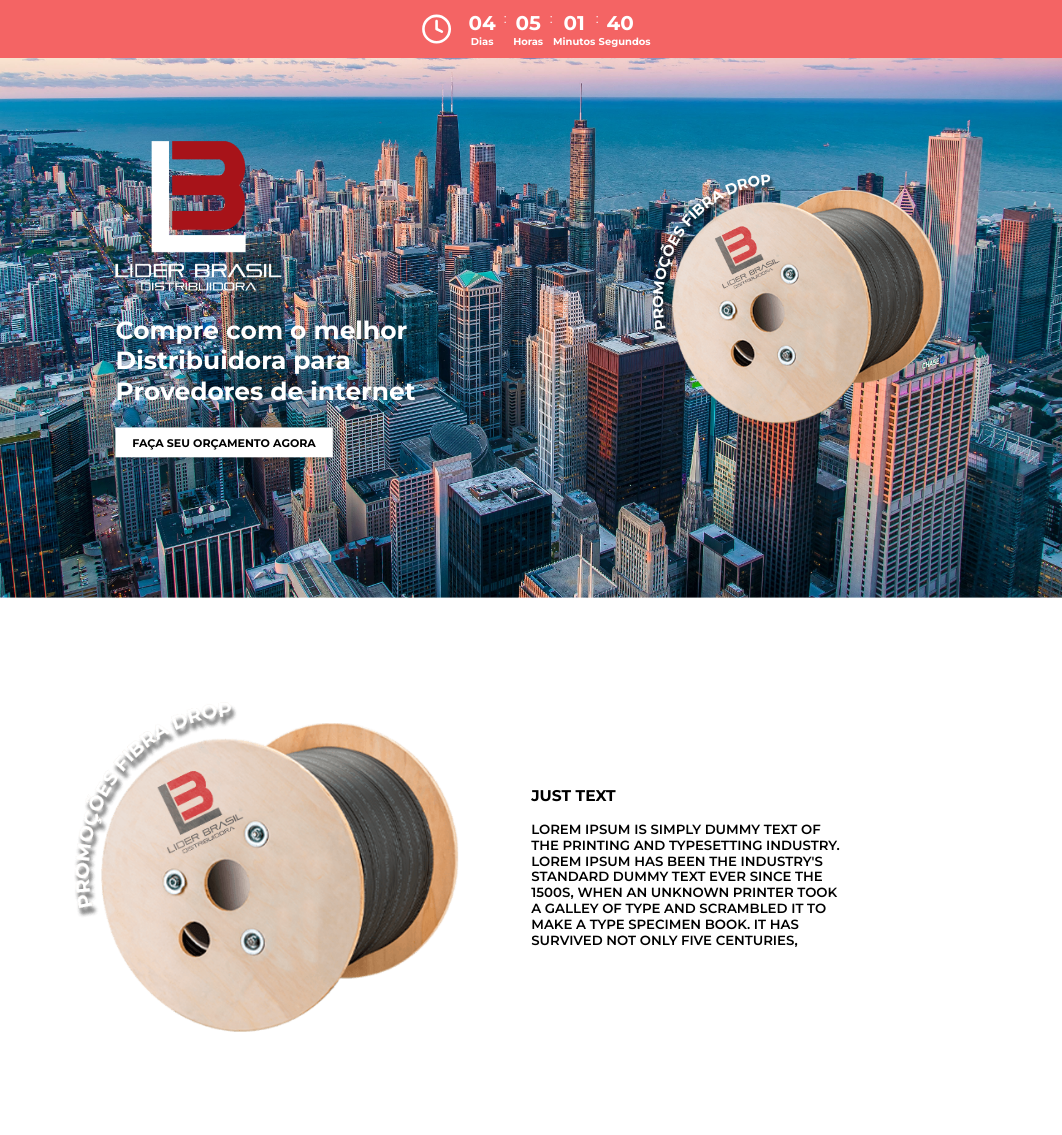
Repository: mateus-henrique-silva/landing_drop
Page: index.html
These files come from the project's save history. The page is drawn as it stood at one moment and after the next save; the edit follows.
The browser window is 1280 px wide. The pictures show the whole page, at 83% of full size.
Backgrounds fixed to the window are drawn as part of the page. Some web fonts or font styles are not loaded; a fallback is used.

Above is the page before, as saved 2022-08-26 13:00:04.

### index.html
<!DOCTYPE html>
<html lang="en">
  <head>
    <meta charset="UTF-8" />
    <meta http-equiv="X-UA-Compatible" content="IE=edge" />
    <meta name="viewport" content="width=device-width, initial-scale=1.0" />
    <link rel="stylesheet" href="./src/CSS/Footer/Styles.css" />
    <link rel="stylesheet" href="./src/CSS/Header/styles.css" />
    <link rel="stylesheet" href="./src/CSS/Main/styles.css" />
    <link rel="stylesheet" href="./src/CSS/Global.css" />
    <link rel="stylesheet" href="./src/CSS/Header/Clock/styles.css" />
    <link rel="stylesheet" href="./src/CSS/Main/cotação/cotacao.css" />
    <title>Drop Líder Brasil</title>
  </head>
  <body>
    <header>
      <img src="./src/Assets/clock.svg" alt="imagem icon" srcset="" />

      <div class="regressive-count">
        <div class="ajust">
          <div id="day">00</div>
          <p style="font-size: 12px">Dias</p>
        </div>
        <span>:</span>
        <div class="ajust">
          <div id="hour">00</div>
          <p style="font-size: 12px; text-align: center">Horas</p>
        </div>
        <span>:</span>
        <div class="ajust">
          <div id="minute">00</div>
          <p style="font-size: 12px">Minutos</p>
        </div>
        <span>:</span>
        <div class="ajust">
          <div id="sec">00</div>
          <p style="font-size: 12px">Segundos</p>
        </div>
      </div>
    </header>
    <main>
      <section class="main">
        <div class="main-first">
          <div class="main-first-two">
            <img src="./src/Assets/logo.png" alt="" class="logo" />
            <div class="text-main">
              <p>Compre com o melhor</p>
              <p>Distribuidora para</p>
              <p>Provedores de internet</p>
            </div>

            <button class="btn-main-first">Faça seu Orçamento Agora</button>
          </div>
        </div>
        <div class="main-second">
          <img src="./src/Assets/lb.png" alt="" class="img-drop" />
        </div>
      </section>

      <section class="icons"></section>
      <section class="cotacao">
        <div class="img-king-cable">
          <img src="./src/Assets/lb.png" alt="" class="king">
        </div>
        <div class="just-text">
          <h3>just text</h3>
          <p>
            Lorem Ipsum is simply dummy text of the printing and typesetting
            industry. Lorem Ipsum has been the industry's standard dummy text
            ever since the 1500s, when an unknown printer took a galley of type
            and scrambled it to make a type specimen book. It has survived not
            only five centuries,
          </p>
        </div>
      </section>
    </main>
    <footer></footer>
    <script src="./src/Script/clock/script.js"></script>
  </body>
</html>

### src/CSS/Footer/Styles.css
footer{
    width: 100%;
}

### src/CSS/Header/styles.css
header{
    width:100%;
    position: fixed;
    background-color: #f46464;
    height:70px;
    display:flex;
    position:fixed;
    align-items:center;
    justify-content:center;
}


header img{
    width:38px;
    height:38x;
}

### src/CSS/Main/styles.css
main {
  width: 100%;
  max-width: 100vw;
}

.main {
  width: 100%;
  height: 100vh;
  display: flex;
  background: url("../../Assets/city.jpg") no-repeat fixed center;
  background-size: cover;
}

.main .main-first {
  display: flex;
  flex-direction: column;
  width: 50vw;
  align-items: center;
  justify-content: center;
  height: 100%;
}

.main .main-first img {
  width: 200px;
  height: 180px;
}
.main .main-first .text-main {
  color: white;
  margin-top: 25px;

  font-size: 30px;
  font-weight: bold;
  text-align: left ;
}
.main .main-second {
  width: 50vw;
  height: 100%;
  justify-content: center;
  align-items: center;
  display: flex;
}
.main .main-second img {
  width: 350px;
  height: 300px;
}

.btn-main-first {
  text-transform: uppercase;
  font-weight: bold;
  margin-top: 25px;
  cursor: pointer;
  padding: 10px 20px 10px;
  background-color: white;
  -webkit-box-shadow: 0px 0px 11px 1px rgba(0, 0, 0, 0.36);
  box-shadow: 0px 0px 11px 1px rgba(0, 0, 0, 0.36);
}


@media(max-width:836px){
  .main{
    display: block;
  }


.main .main-first {
  width: 100%;
  display: flex;
  flex-direction: column;
  justify-content: center;
  align-items: center;
  text-align: center;
}

.main .main-first .main-first-two .logo {
  width:160px;
  height: 150px;
  margin-top: 100px;
}
.text-main{
  text-align: center!important;
}
.main .main-second {
width: 100%;

margin-top:50px;

}

.main{
  height: 100%;
}
}

### src/CSS/Global.css


@import url('https://fonts.googleapis.com/css2?family=Blaka+Hollow&family=Cormorant+Garamond:ital,wght@0,300;0,400;0,500;0,600;0,700;1,300;1,400;1,500;1,600;1,700&family=Montserrat:ital,wght@0,100;0,200;0,300;0,400;0,500;0,600;0,700;0,800;0,900;1,100;1,200;1,300;1,400;1,500;1,600;1,700;1,800;1,900&family=Poppins:ital,wght@0,100;0,200;0,300;0,400;0,500;0,600;0,700;0,800;0,900;1,100;1,200;1,300;1,400;1,500;1,600;1,700;1,800;1,900&display=swap');
*{
    margin: 0;
    padding: 0;
    border: 0;
    font-family: 'Montserrat', sans-serif;
}

### src/CSS/Header/Clock/styles.css
header .regressive-count{
    display: flex;
    color: white;
    margin-left:10px;


}

header .regressive-count div{
   font-size:24px;
   font-weight:bold;



}

.ajust{
    text-align:center;
    width:52px;
}

### src/CSS/Main/cotação/cotacao.css
.cotacao {
  width: 100%;
  display: flex;
  height: 90vh;
  justify-content: center;
  align-items: center;
}
.img-king-cable{
    display: flex;
    justify-content:center;
    width: 50vw;
}

.just-text{
    display: flex;
    flex-direction: column;
    justify-content:center;
    color: black;
    width:50vw;
}

.just-text h3{
    text-transform: uppercase;
    font-weight:bold;
    margin-bottom: 20px;
}

.just-text p{
    text-transform: uppercase;
    font-weight:600;
    width: 60%;
}

### src/Assets/clock.svg
<svg xmlns="http://www.w3.org/2000/svg" width="24" height="24" viewBox="0 0 24 24" fill="none" color="white" stroke="currentColor" stroke-width="2" stroke-linecap="round" stroke-linejoin="round" class="feather feather-clock"><circle cx="12" cy="12" r="10"></circle><polyline points="12 6 12 12 16 14"></polyline></svg>

### src/Script/clock/script.js
let to = new Date("aug 30 2022 18:00:0");
function uptade() {
  let from = new Date();
  diff = to - from;

  (day = setTwoDigit(Math.floor(diff / 1000 / 60 / 60 / 24))),
    (hour = setTwoDigit(Math.floor(diff / 1000 / 60 / 60) % 24)),
    (minute = setTwoDigit(Math.floor(diff / 1000 / 60) % 60)),
    (sec = setTwoDigit(Math.floor(diff / 1000) % 60)),
    (document.querySelector("#day").innerText = day);
  document.querySelector("#hour").innerText = hour;
  document.querySelector("#minute").innerText = minute;
  document.querySelector("#sec").innerText = sec;
}

let interval = setInterval(uptade, 1000);
function setTwoDigit(argument){
    return argument>9?argument:'0'+argument;
}

After the next save:
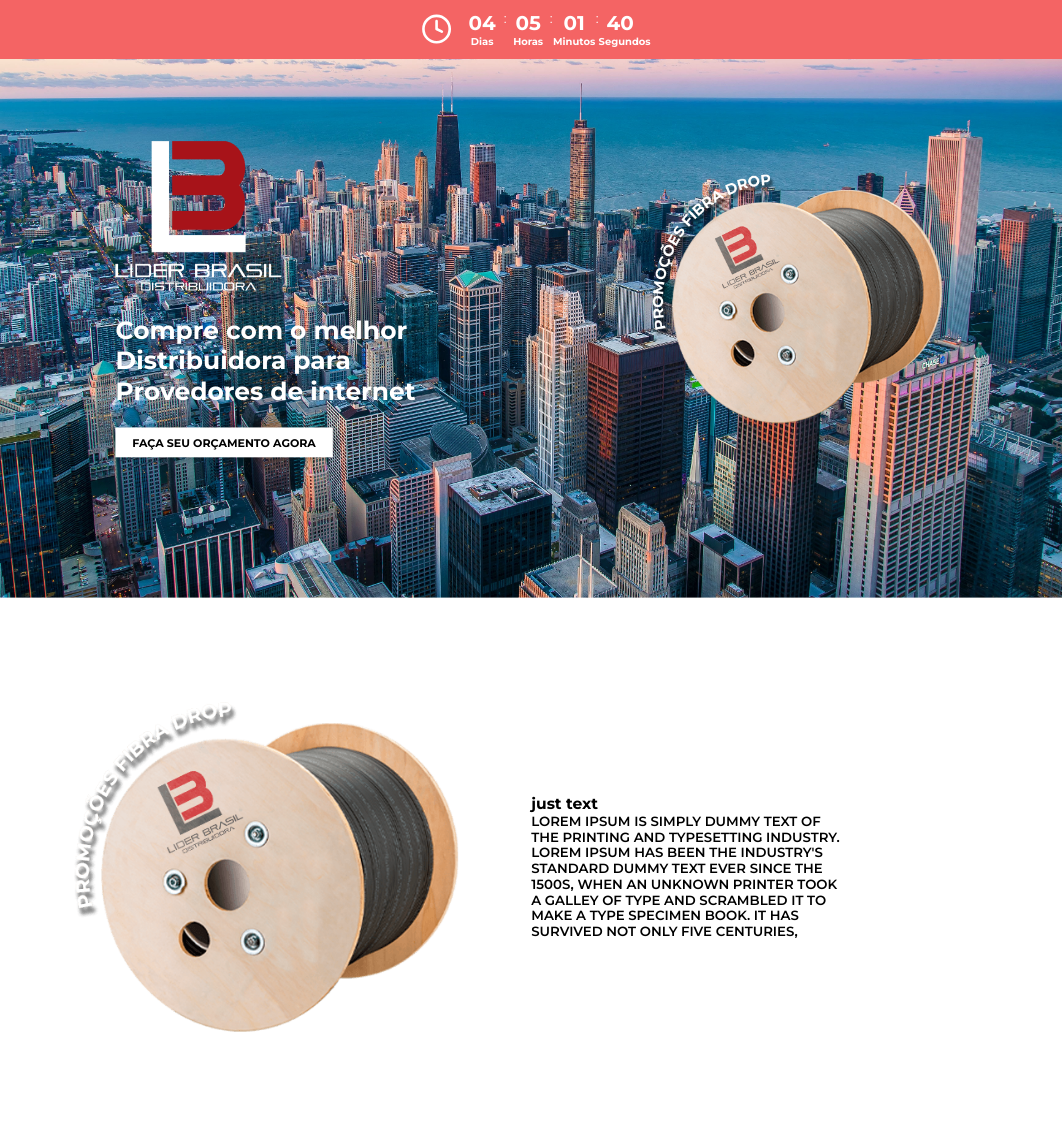
Saved 9 s later.
--- a/src/CSS/Main/cotação/cotacao.css
+++ b/src/CSS/Main/cotação/cotacao.css
@@ -19,7 +19,7 @@
     width:50vw;
 }
 
-.just-text h3{
+.just-text h2{
     text-transform: uppercase;
     font-weight:bold;
     margin-bottom: 20px;
